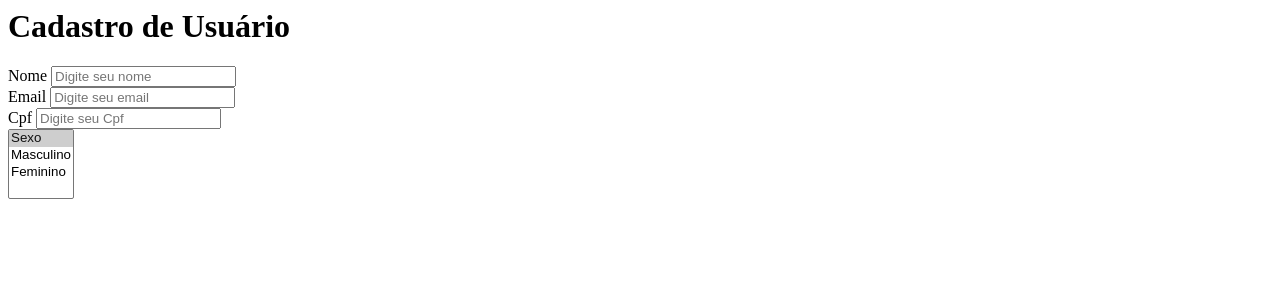
Repository: formatech2018/BRUNNO-S-FILMES
Page: sistema.filmes/src/main/webapp/resources/html/cadastro.html
An editor plug-in stored every save of this project. The page is shown before and after the next save, followed by the edit.
The browser window is 1280 px wide. The pictures show the whole page.

Above is the page before, as saved 2018-08-04 14:00:22.

### sistema.filmes/src/main/webapp/resources/html/cadastro.html
<h1>Cadastro de Usuário</h1>

<form>
	<div class="row">
		<div class="col">
			<label for="colFormLabel" class="col-sm-2 col-form-label">Nome</label>
			<input type="text" name="nome" class="form-control"
				placeholder="Digite seu nome">
		</div>
		<div class="col">
			<label for="colFormLabel" class="col-sm-2 col-form-label">Email</label>
			<input type="text" name="email" class="form-control"
				placeholder="Digite seu email">
		</div>
	</div>

	<div class="row">
		<div class="col">
			<label for="colFormLabel" class="col-sm-2 col-form-label">Cpf</label>
			<input type="text" class="form-control" placeholder="Digite seu Cpf">
		</div>
		<div class="col">
			<select class="custom-select" multiple>
				<option selected>Sexo</option>
				<option value="masculino">Masculino</option>
				<option value="Feminino">Feminino</option>

			</select>
		</div>
	</div>




</form>

After the next save:
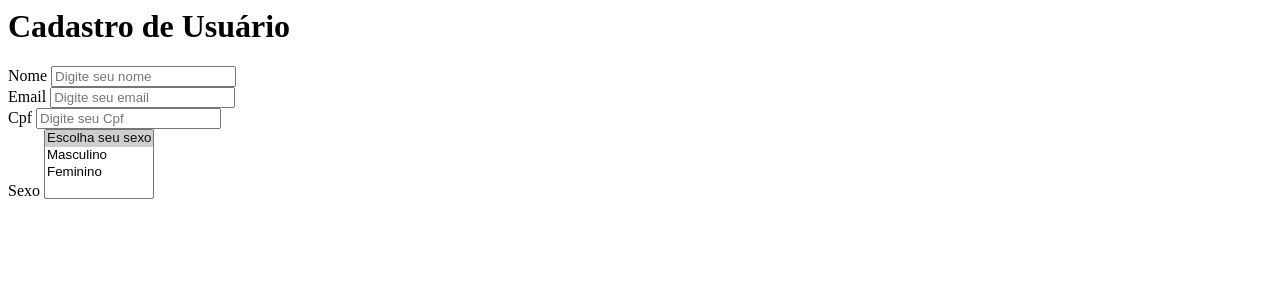
Saved 47 s later.
--- a/sistema.filmes/src/main/webapp/resources/html/cadastro.html
+++ b/sistema.filmes/src/main/webapp/resources/html/cadastro.html
@@ -20,8 +20,9 @@
 			<input type="text" class="form-control" placeholder="Digite seu Cpf">
 		</div>
 		<div class="col">
+		<label for="colFormLabel" class="col-sm-2 col-form-label">Sexo</label>
 			<select class="custom-select" multiple>
-				<option selected>Sexo</option>
+				<option selected>Escolha seu sexo</option>
 				<option value="masculino">Masculino</option>
 				<option value="Feminino">Feminino</option>
 
